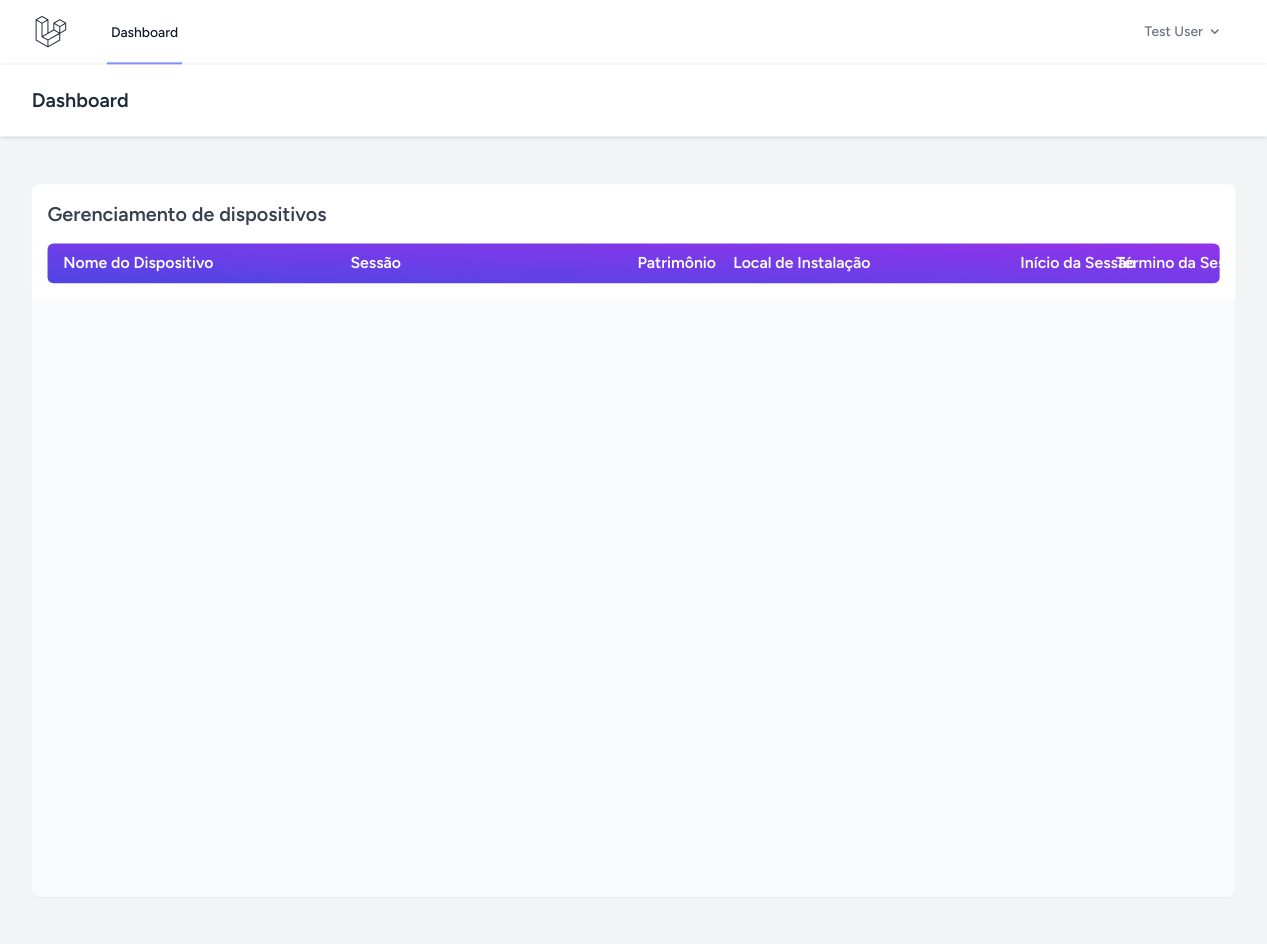
Repository: CrisMorgantee/device-logs
Page: http://localhost/dashboard
These files come from the project's save history. The page is drawn as it stood at one moment and after the next save; the edit follows.
The browser window is 1280 px wide. The pictures show the whole page, at 99% of full size.
The page is served by the project's Laravel application, run on PHP 8.4 with Laravel 10. A made-up administrator, Test User (test@example.com), is signed in. Other server files are loaded and not shown. Style sheets and scripts are compiled from the project's sources, by tool versions that may differ from the author's. Queries for data that is not in the repository find no rows.

Above is the page before, as saved 2023-04-14 22:41:35.

### routes/web.php
<?php

use App\Http\Controllers\ProfileController;
use App\Http\Controllers\DeviceLogsController;
use Illuminate\Support\Facades\Route;

/*
|--------------------------------------------------------------------------
| Web Routes
|--------------------------------------------------------------------------
|
| Here is where you can register web routes for your application. These
| routes are loaded by the RouteServiceProvider and all of them will
| be assigned to the "web" middleware group. Make something great!
|
*/

Route::get('/', function () {
    return view('auth.login');
});

Route::get('/dashboard', [DeviceLogsController::class, 'index'])->middleware(['auth', 'verified'])->name('dashboard');

Route::middleware('auth')->group(function () {
    Route::get('/profile', [ProfileController::class, 'edit'])->name('profile.edit');
    Route::patch('/profile', [ProfileController::class, 'update'])->name('profile.update');
    Route::delete('/profile', [ProfileController::class, 'destroy'])->name('profile.destroy');
});

require __DIR__.'/auth.php';

### app/Http/Controllers/DeviceLogsController.php
<?php

namespace App\Http\Controllers;

use App\Models\DeviceLogs;
use Illuminate\Http\Request;

class DeviceLogsController extends Controller
{
    /**
     * Display a listing of the resource.
     */
    public function index()
    {
        $logs = DeviceLogs::all();

        return view('dashboard', ['logs' => $logs]);
    }

    /**
     * Show the form for creating a new resource.
     */
    public function create()
    {
        //
    }

    /**
     * Store a newly created resource in storage.
     */
    public function store(Request $request)
    {
        //
    }

    /**
     * Display the specified resource.
     */
    public function show(DeviceLogs $deviceLogs)
    {
        //
    }

    /**
     * Show the form for editing the specified resource.
     */
    public function edit(DeviceLogs $deviceLogs)
    {
        //
    }

    /**
     * Update the specified resource in storage.
     */
    public function update(Request $request, DeviceLogs $deviceLogs)
    {
        //
    }

    /**
     * Remove the specified resource from storage.
     */
    public function destroy(DeviceLogs $deviceLogs)
    {
        //
    }
}

### app/Models/DeviceLogs.php
<?php

namespace App\Models;

use Illuminate\Database\Eloquent\Factories\HasFactory;
use Illuminate\Database\Eloquent\Model;

class DeviceLogs extends Model
{
    use HasFactory;

    public $fillable = [
        'machine_name',
        'session',
        'patrimony',
        'location'
    ];


    protected $dates = [
      'start_session_at',
      'end_session_at'
  ];

}

### resources/views/dashboard.blade.php
<x-app-layout>
  <x-slot name="header">
    <h2 class="text-xl font-semibold leading-tight text-gray-800">
      {{ __('Dashboard') }}
    </h2>
  </x-slot>

  <div class="py-12">
    <div class="max-w-8xl mx-auto sm:px-6 lg:px-8">
      <div class="overflow-hidden bg-white shadow-sm sm:rounded-lg">
        <div class="min-h-screen bg-gray-50">
          <div class="rounded-md bg-white p-4">
            <h2 class="mb-4 text-xl font-bold text-gray-700">Gerenciamento de dispositivos</h2>

            <div
              class="text-md grid grid-cols-12 gap-2 rounded-md bg-gradient-to-tr from-indigo-600 to-purple-600 py-2 px-4 font-bold text-white">
              <div class="col-span-3">
                <span>Nome do Dispositivo</span>
              </div>
              <div class="col-span-3">
                <span>Sessão</span>
              </div>
              <div class="col-span-1">
                <span>Patrimônio</span>
              </div>
              <div class="col-span-3">
                <span>Local de Instalação</span>
              </div>
              <div class="col-span-1 min-w-max">
                <span>Início da Sessão</span>
              </div>
              <div class="col-span-1 min-w-max">
                <span>Término da Sessão</span>
              </div>
            </div>
            <div>
              @foreach ($logs as $deviceLog)
                <div class="mt-4 flex justify-between space-x-4 border-t text-sm font-normal">
                  <div class="flex px-2">
                    <span>{{ $deviceLog->machine_name }}</span>
                  </div>
                  <div>
                    <span>{{ $deviceLog->session }}</span>
                  </div>
                  <div class="px-2">
                    <span>{{ $deviceLog->patrimony }}</span>
                  </div>
                  <div class="px-2">
                    <span>{{ $deviceLog->location }}</span>
                  </div>
                  <div class="px-2">
                    <span>{{ $deviceLog->start_session_at }}</span>
                  </div>
                  <div class="px-2">
                    <span>{{ $deviceLog->end_session_at }}</span>
                  </div>
                </div>
              @endforeach
            </div>
          </div>
        </div>
      </div>
    </div>

</x-app-layout>

Loaded but not shown: app/Providers/AppServiceProvider.php (common file); routes/auth.php (common file); app/Http/Controllers/Auth/EmailVerificationPromptController.php (common file); app/Http/Controllers/Controller.php (common file); app/Http/Controllers/Auth/VerifyEmailController.php (common file); app/Models/User.php (common file); app/View/Components/AppLayout.php (common file); resources/views/layouts/app.blade.php (common file); resources/views/layouts/navigation.blade.php (common file); resources/views/components/application-logo.blade.php (common file); resources/views/components/nav-link.blade.php (common file); resources/views/components/dropdown-link.blade.php (common file); resources/views/components/dropdown.blade.php (common file); resources/views/components/responsive-nav-link.blade.php (common file); resources/css/app.css (common file); tailwind.config.js (common file); resources/js/app.js (common file); resources/js/bootstrap.js (common file)

After the next save:
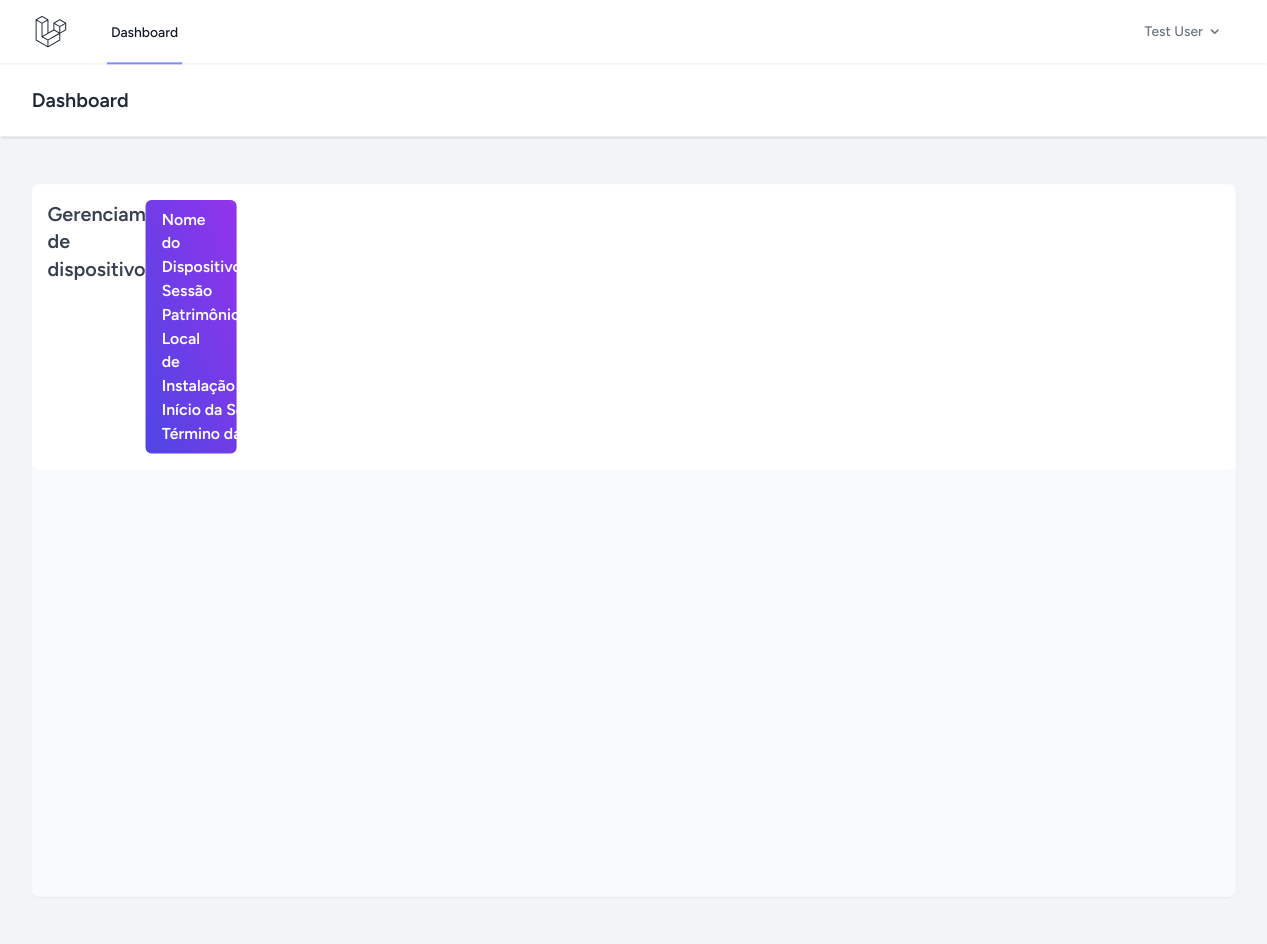
Saved 24 s later.
--- a/resources/views/dashboard.blade.php
+++ b/resources/views/dashboard.blade.php
@@ -9,11 +9,11 @@
     <div class="max-w-8xl mx-auto sm:px-6 lg:px-8">
       <div class="overflow-hidden bg-white shadow-sm sm:rounded-lg">
         <div class="min-h-screen bg-gray-50">
-          <div class="rounded-md bg-white p-4">
+          <div class="grid grid-cols-12 gap-2 rounded-md bg-white p-4">
             <h2 class="mb-4 text-xl font-bold text-gray-700">Gerenciamento de dispositivos</h2>
 
             <div
-              class="text-md grid grid-cols-12 gap-2 rounded-md bg-gradient-to-tr from-indigo-600 to-purple-600 py-2 px-4 font-bold text-white">
+              class="text-md rounded-md bg-gradient-to-tr from-indigo-600 to-purple-600 py-2 px-4 font-bold text-white">
               <div class="col-span-3">
                 <span>Nome do Dispositivo</span>
               </div>
